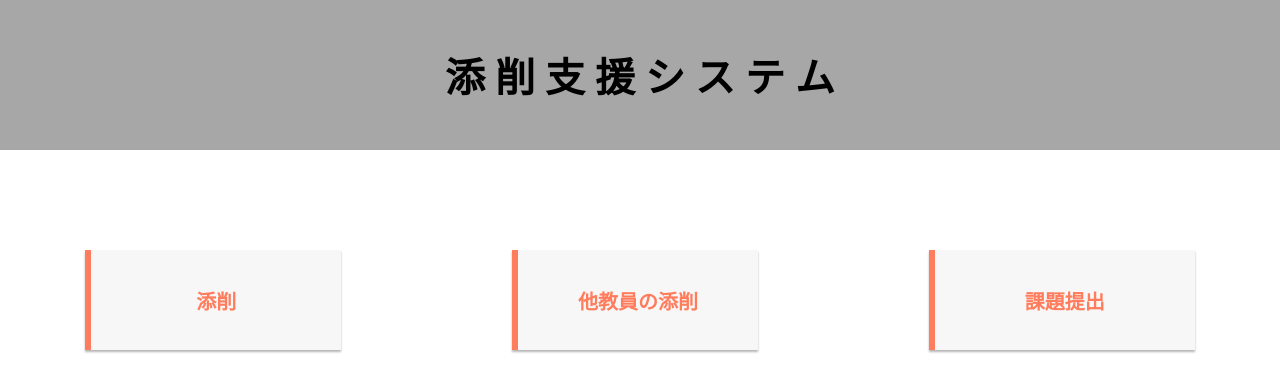
Repository: k-murakami18/canvas_v2
Page: main_student.html
An editor plug-in stored every save of this project. The page is shown before and after the next save, followed by the edit.
The browser window is 1280 px wide. The pictures show the whole page.

Above is the page before, as saved 2021-01-12 14:08:07.

### main_student.html
<!DOCTYPE html>
<html lang="en">

<head>
  <meta charset="UTF-8">
  <title>添削支援システム</title>
  <link rel="stylesheet" href="css/jquery-ui-1.8.16.custom.css" />
  <link rel="stylesheet" href="./style.css">
  <link rel="stylesheet" href="https://cdn.jsdelivr.net/npm/simplebar@latest/dist/simplebar.css">
  <script src="//cdnjs.cloudflare.com/ajax/libs/jspdf/1.3.3/jspdf.min.js"></script>
  <script src="js/jquery.1.6.4.min.js"></script>
  <script src="js/jquery-ui-1.8.16.custom.min.js"></script>
  <script type="text/javascript" src="./dist/fabric.js"></script>
  <script type="text/javascript" src="./dist/fabric.min.js"></script>
</head>

<body>
  <!--タイトルとファイル選択-->
  <div class="title_container">
    <h1 id="title">添 削 支 援 シ ス テ ム</h1>
  </div>

  <div class="btn_name">
    <a href="index.html" class="button" id="anno_btn" type="submit" name="name">添削</a>
    <a href="teacher.html" class="button" id="oth_teacher_btn" type="submit" name="name">他教員の添削</a>
    <a href="submission.html" class="button" id="submit_btn" type="submit" name="name">課題提出</a>
  </div>

</body>

</html>

### style.css
body{
  margin:0;
}

/*タイトルコンテナ*/
.title_container{
  width: 100%;
  height: 150px;
  font-size: 20px;
  display: flex;
  background-color: #A7A7A7;
  justify-content: center; /*左右中央*/
  align-items: center; /*上下中央*/
  margin-bottom: 100px;
  margin-left: 0;
  margin-right: 0;
}

.subtitle_container{
  width: 100%;
  height: 80px;
  font-size: 15px;
  display: flex;
  background-color: #A7A7A7;
  justify-content: center; /*左右中央*/
  align-items: center; /*上下中央*/
  margin-left: 0;
  margin-right: 0;
}

/*ボタンコンテナ*/
.button_container{
  width: 50px;
  height: 602px;
  background-color: #DADADA;
  margin-bottom: 5px;
  margin-right: 5px;
}

/*各ボタンの設定*/
.btn-box,.btn_box{
  display: inline-block;
  widows: 25px;
  height: 25px;
  border: 1px black solid;
  padding: 2px;
  border-radius: 5px;
}
.btn_box_black{
  display: inline-block;
  widows: 25px;
  height: 25px;
  border: 1px white solid;
  padding: 2px;
  border-radius: 5px;
}
.select{
  margin-top: 10px;
  margin-left: 9px;
}
.aaa{
  margin-top: 0px;
  margin-left: 9px;
}
.margin{
  margin-top: 10px;
  margin-left: 9px;
}

/*ボタン枠線削除*/
input:focus {
	outline:0;
}

/*キャンバス*/
canvas {
	position: relative;
	border:1px solid #000;
}

/*保存履歴コンテナ*/
.history_container{
  height: 600px;
  width: 330px;
  background-color: whitesmoke;
  border: 1px solid black;
  margin-left: 10px;
}

/*保存履歴タイトル*/
#title_tmpList{
  margin-top: 2px;
  margin-left: 10px;
  margin-bottom: 2px;
  font-weight: bolder;
  text-align: center;
}
.subtitle_tmpList{
  margin-top: 3px;
  margin-bottom: 3px;
  font-weight: bolder;
  font-size: 13px;
  text-align: center;
}

/*「保存履歴」の下線*/
.hr{
  border-bottom: 1px solid black;
  width: 93%;
  margin-left: auto;
  margin-right: auto;
}
/*「ブックマーク」「添削保存」の下線*/
.hr2{
  border-bottom: 1px solid black;
  width: 83%;
  margin-left: auto;
  margin-right: auto;
}

#bookmark_viewpanel{
  height: 539px;
  width: 100px;
  background-color: whitesmoke;
  margin-top: 5px;
}

#normal_viewpanel{
  height: 539px;
  width: 190px;
  background-color: whitesmoke;
  margin-top: 5px;
}

#bookmark_tmp{
  border-right: 1px solid black;
}

.tmpImage{
  border: 1px solid black;
  margin-left: 10px;
}

#setColor li{
  display: inline-block;
  width: 25px;
  height: 25px;
  border:1px solid #000;
}

.button{
  height: 100px;
  font-size: 20px;
  font-weight: bold;
  margin: auto;
  display: flex;
  justify-content: center;
  align-items: center;
  text-decoration: none;
  background: #f7f7f7;
  border-left: solid 6px #ff7c5c;/*左線*/
  color: #ff7c5c;/*文字色*/
  font-weight: bold;
  box-shadow: 0px 2px 2px rgba(0, 0, 0, 0.29);
}
.button:active {
  box-shadow: inset 0 0 2px rgba(128, 128, 128, 0.1);
  transform: translateY(2px);
}

#anno_btn{
  width: 150px;
  padding-left: 50px;
  padding-right: 50px;
}
#oth_teacher_btn{
  width: 200px;
  padding-left: 20px;
  padding-right: 20px;
}
#submit_btn{
  width: 200px;
  padding-left: 30px;
  padding-right: 30px;
}
body .btn_name{
  display: flex;
  justify-content: center;
}

#preview img {
  width: 400px;
  margin: 20px;
  border: solid 0.5px gray ;
}

#file{
  margin-top: 10px;
  margin-left: 20px;
}

Loaded but not shown: css/jquery-ui-1.8.16.custom.css (library); js/jquery.1.6.4.min.js (library); js/jquery-ui-1.8.16.custom.min.js (library); dist/fabric.js (library); dist/fabric.min.js (library)

After the next save:
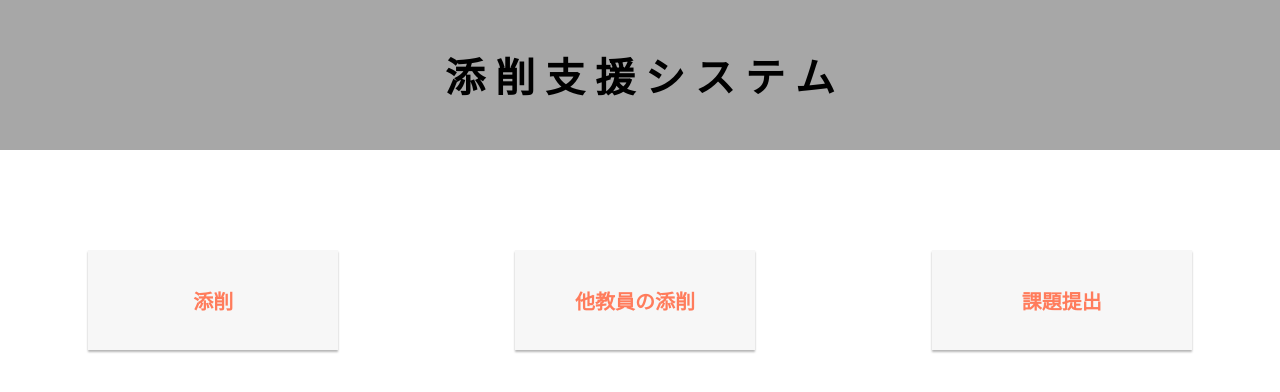
Saved 19 s later.
--- a/style.css
+++ b/style.css
@@ -158,7 +158,6 @@ canvas {
   align-items: center;
   text-decoration: none;
   background: #f7f7f7;
-  border-left: solid 6px #ff7c5c;/*左線*/
   color: #ff7c5c;/*文字色*/
   font-weight: bold;
   box-shadow: 0px 2px 2px rgba(0, 0, 0, 0.29);
